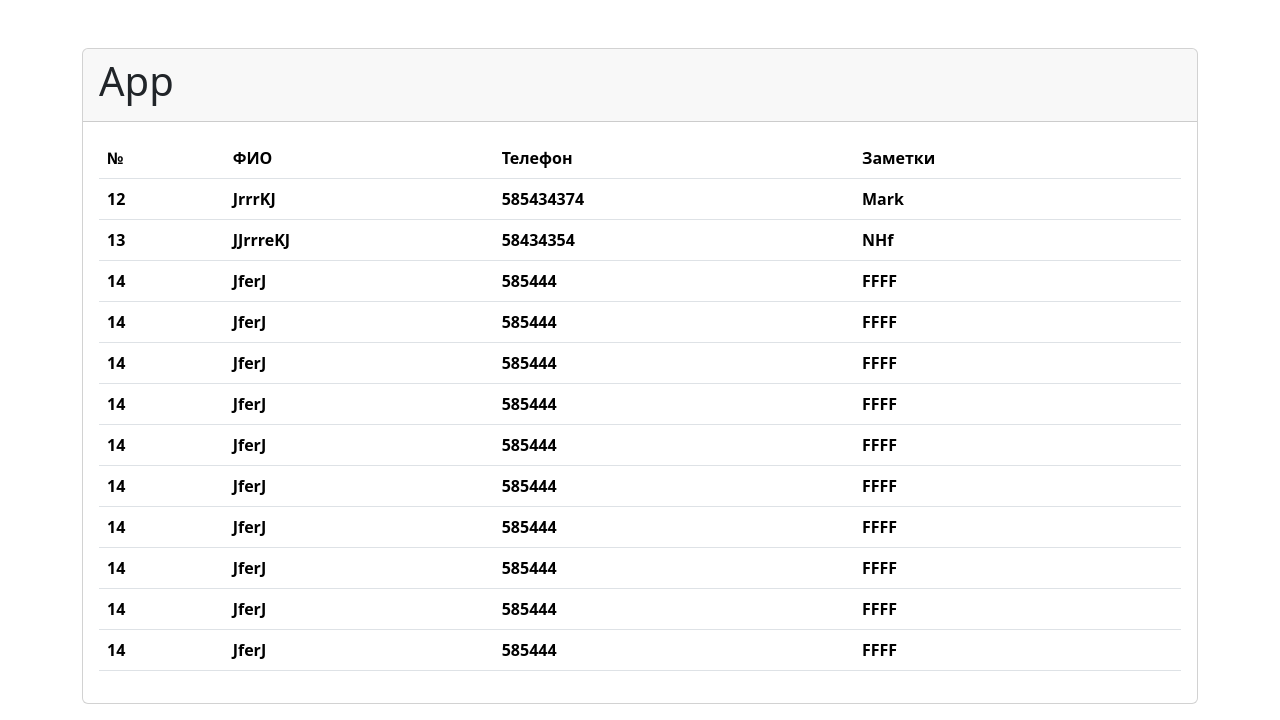
Repository: tatacheba/appstepikjavareact
Page: / (app in client/)
These files come from the project's save history. The page is drawn as it stood at one moment and after the next save; the edit follows.
The browser window is 1280 px wide. The pictures show the whole page.
The project was rebuilt for these pictures with package versions that can differ from the ones it lists, and the page was loaded fresh each time. Also part of the build but not shown: client/src/App.css.

Above is the page before, as saved 2024-11-27 11:33:12.

After the next save:
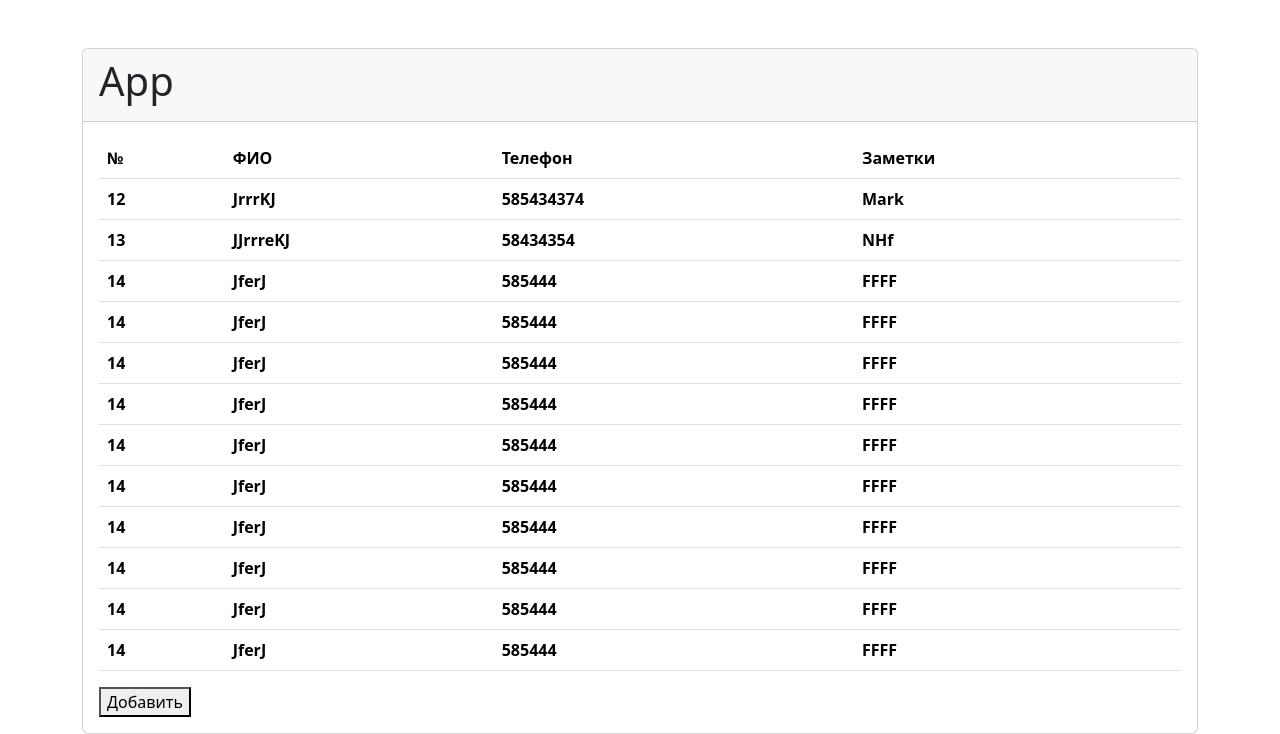
Saved 3 min 19 s later.
--- a/client/src/App.js
+++ b/client/src/App.js
@@ -24,6 +24,7 @@ function App() {
                 </div>
                 <div className="card-body">
                     <TablewView data={items} />
+                    <button type="button">Добавить</button>
                 </div>
             </div>
         </div>
